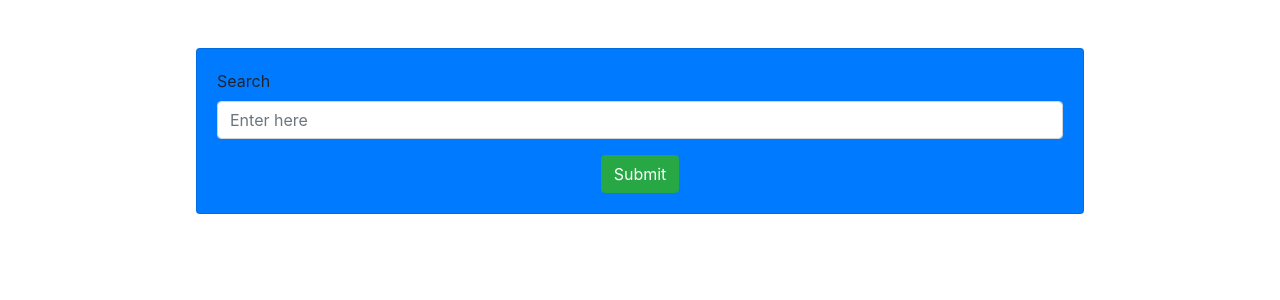
Repository: parvaizsajad/SpringFrameWork
Page: http://localhost/com.springMvc.search/home
These files come from the project's save history. The page is drawn as it stood at one moment and after the next save; the edit follows.
The browser window is 1280 px wide. The pictures show the whole page.
Some web libraries are served in a nearby version. The page is served by Tomcat 9.

Above is the page before, as saved 2021-09-10 09:33:53.

After the next save:
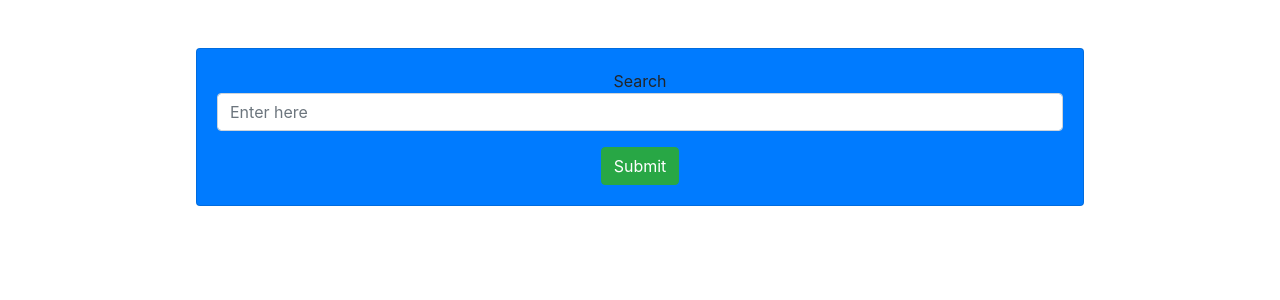
Saved 52 s later.
--- a/com.springMvc.search/src/main/webapp/WEB-INF/views/home.jsp
+++ b/com.springMvc.search/src/main/webapp/WEB-INF/views/home.jsp
@@ -20,7 +20,8 @@
 
 <form>
   <div class="form-group">
-    <label for="text" style="text-align: center; size: 80px">Search</label>
+  <div style="text-align: center; size: 80px>   <label for="text" ">Search</label></div>
+
     <input type="text" class="form-control" id="text1"  placeholder="Enter here" name="text">
 
   </div>
